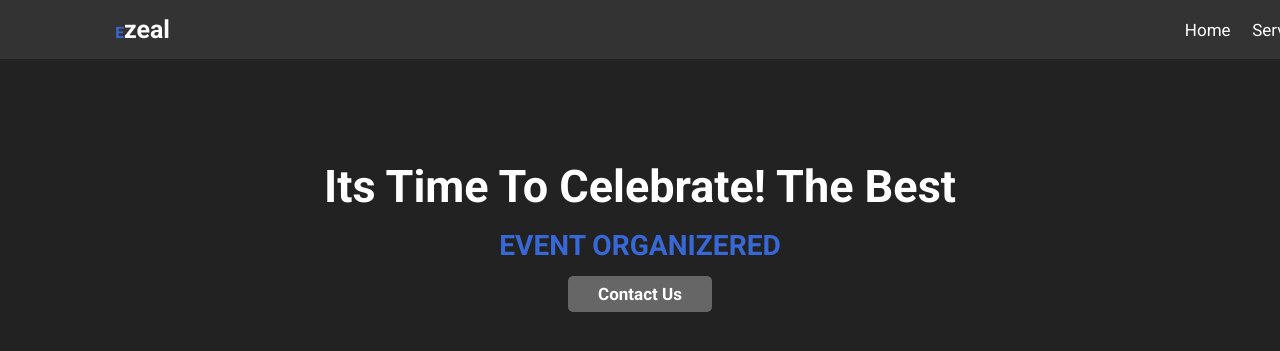
Repository: Jayce1607/First-clone
Page: html/index.html
The author's editor kept a copy of each file at every save. The page is drawn from the files as they stood at one save, then again after the next save.
The browser window is 1280 px wide. The pictures show the whole page.
The pointer rests on the first visible `.btn`.

Above is the page before, as saved 2021-08-26 18:37:44.

### html/index.html
<!DOCTYPE html>
<html lang="en">
<head>
  <meta charset="UTF-8">
  <meta http-equiv="X-UA-Compatible" content="IE=edge">
  <meta name="viewport" content="width=device-width, initial-scale=1.0">
  <title>Event Organizer Website Design Using HTML - CSS - Javascript </title>
  <link rel="stylesheet" href="../css/reset.css">
  <link rel="stylesheet" href="../css/app.css">
  <link rel="stylesheet" href="https://cdnjs.cloudflare.com/ajax/libs/font-awesome/5.15.4/css/all.min.css">
  <link rel="preconnect" href="https://fonts.googleapis.com">
<link rel="preconnect" href="https://fonts.gstatic.com" crossorigin>
<link href="https://fonts.googleapis.com/css2?family=Roboto:ital,wght@0,100;0,300;0,400;0,500;0,700;0,900;1,900&display=swap" rel="stylesheet">

</head>
<body>
  <!-- header start -->
  <header class="header">
    <a href="#" class="logo"><span>E</span>zeal</a>
    <nav class="navbar">
      <a href="#home">Home</a>
      <a href="#service">Service</a>
      <a href="#about">about</a>
      <a href="#galery">galery</a>
      <a href="#price">price</a>
      <a href="#contact">Contact</a>
    </nav>
    <div id="menu-bars" class="fa fa-bars"></div>
  </header>

  <!-- header end  -->
  <!-- home section start -->
  <section class="home" id="home">
    <div class="content">
      <h3>its time to celebrate! the best <span>event organizered</span></h3>
      <a href="#" class="btn">Contact Us</a>
    </div>
  </section>
  <!-- home section end -->

  <script src="../javascript/starter.js"></script>
</body>
</html>

### css/reset.css
:root{
  --main-color:#3867d6;

}
*{
  margin: 0;
  padding: 0;
  border: 0;
  font-size: 100%;
  text-decoration: none;
  text-transform: capitalize;
  transition: .2s linear;
  font-family: 'Roboto', sans-serif;

 }
html, body, div, span, applet, object, iframe,h1, h2, h3, h4, h5, h6, p{
  margin: 0;
  padding: 0;
  border: 0;
  font-size: 62.5%;
  font-family: 'Roboto', sans-serif;
  overflow-x: hidden;
  scroll-padding-top: 7rem;
  scroll-behavior: smooth;
}
html::-webkit-scrollbar{
  width: 1rem;
}
html::-webkit-scrollbar-track{
background: #444;
}
html::-webkit-scrollbar-thumb{
  background: var(--main-color);
  border-radius: 5rem;
}
body{
  background-color: #222;
}
ol, ul {
  list-style: none;
}
img{
  object-fit: cover;
  max-width: 100%;
  width: 100%;
}
section{
  padding: 2rem 9%;
}

### css/app.css
.header {
  position: fixed;
  top: 0;
  left: 0;
  right: 0;
  z-index: 1000;
  background-color: #333;
  display: flex;justify-content: space-between;
  align-items: center;
  padding: 1.5rem 9%;
}
.header .logo{
  font-weight: bolder;
  font-size: 2.5rem;
  color: #fff;
}
.header .logo span{
  color:var(--main-color);
}
.header .navbar a{
  font-size: 1.7rem;
  color: #fff;
 margin-left: 2rem;
}
.header .navbar a:hover{
  color: var(--main-color);
}
#menu-bars{
  font-size: 3rem;
  color: #fff;
  cursor: pointer;
  display: none;
}
.btn{
  margin-top: 1rem;
  display: inline-block;
  padding: 0.8rem 3rem;
  font-size: 1.7rem;
  border-radius: .5rem;
  border: 0;
  background: #666;
  color: #fff;
  cursor: pointer;
  font-weight: 600;
}
/* home section */
.home{
 margin-top: 6rem;
 display: flex;
 justify-content: center;
 align-items: center;
 color: #fff;
}
.home .content {
  text-align: center;
  padding-top: 6rem;
  margin: 2rem auto;
  max-width: 70rem;
}
.home .content h3{
  font-size: 4.5rem;
  text-align: center;
}
.home .content h3 span{
  color: var(--main-color);
  text-transform: uppercase;
}































/* media queries */
@media (max-width:991px){
  html{
    font-size: 55%;
  }
  .header{
    padding: 1.5rem 2rem;
  }


}
@media (max-width:767px){
  .header #menu-bars{
    display: initial;
  }
  .header .navbar{
    position: absolute;
    top: 100%;
    right: 0;
    bottom: 0;
    left: 0;
    border-top: .1px solid #222;
    background-color: #333;
    transform: translateX(100%);
    opacity: 0;
    transition: opacity .5s linear;
  }
  .header .navbar.active{
    transform: translateX(0);
    opacity: 1;
  }
  .fa-times{
    transform: rotate(180deg);
  }
  .header .navbar a{
    display: flex;

    padding: 1.3rem;
    border-radius: .5rem;
    margin: 1.3rem;
    font-size: 1.5rem;
    background:#444;

  }
}
@media (max-width:450px){
  html{
    font-size: 50%;
  }



}

### javascript/starter.js
const menu=document.querySelector("#menu-bars");
let navbar=document.querySelector(".navbar");
// menu.addEventListener("click",function(e){
//   navbar.style. clipPath="";
// })
menu.addEventListener("click",function(e){
  e.target.classList.toggle("fa-times");
  navbar.classList.toggle("active")
})

window.onscroll=()=>{
  menu.classList.remove("fa-times")
  navbar.classList.remove("active")

}

After the next save:
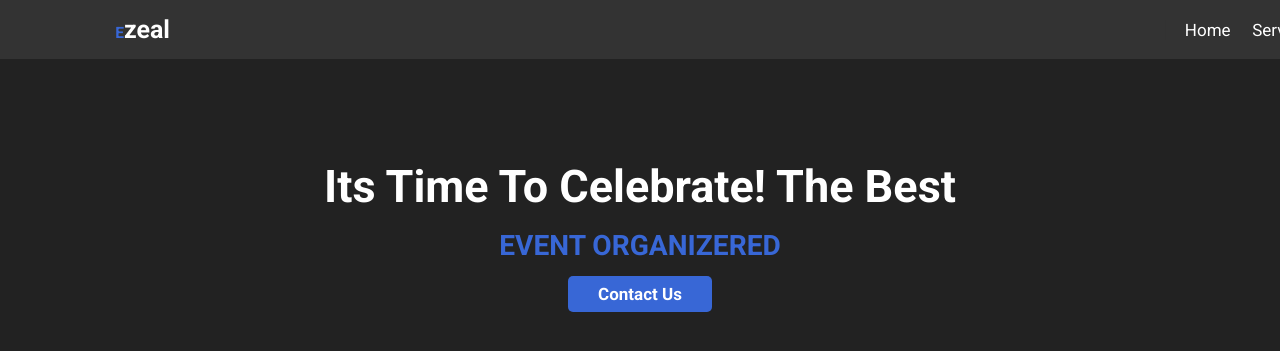
Saved 13 s later.
--- a/css/app.css
+++ b/css/app.css
@@ -42,6 +42,9 @@
   color: #fff;
   cursor: pointer;
   font-weight: 600;
+}
+.btn:hover{
+  background-color: var(--main-color);
 }
 /* home section */
 .home{
